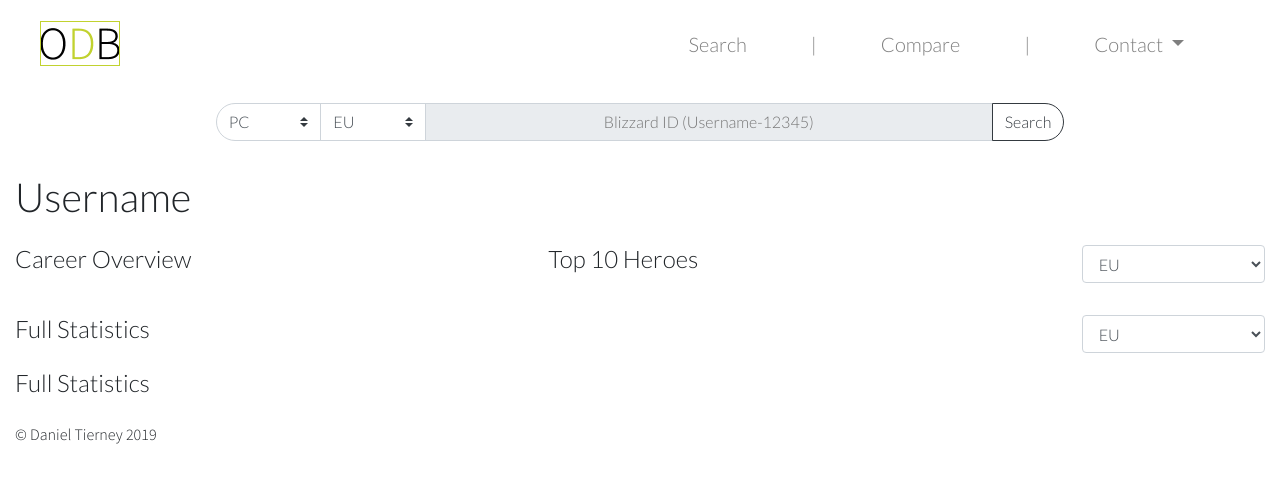
Repository: Cobonkoi/overwatch-dashboard
Page: search.html
The author's editor kept a record of every edit. The page is drawn from the files as they stood at one moment, then again after the next edit.
The browser window is 1280 px wide. The pictures show the whole page.

Above is the page before.

### search.html
<!DOCTYPE html>
<html lang="en">

<head>
    <meta charset="UTF-8">
    <meta name="viewport" content="width=device-width, initial-scale=1.0">
    <meta http-equiv="X-UA-Compatible" content="ie=edge">
    <title>Overwatch Dashboard</title>
    <link rel="stylesheet" href="libraries/bootstrap.min.css" type="text/css" />
    <link rel="stylesheet" href="https://stackpath.bootstrapcdn.com/font-awesome/4.7.0/css/font-awesome.min.css" type="text/css" />
    <link href="https://fonts.googleapis.com/css?family=Lato:300|Source+Sans+Pro:300&display=swap" rel="stylesheet">
    <link rel="stylesheet" href="assets/css/style.css" type="text/css" />
</head>

<body>
    <!-- NAVBAR -->
    <nav class="navbar navbar-expand-sm navbar-light my-2">
        <a href="index.html" class="navbar-brand ml-4"><img src="assets/images/brand-image.png" alt="Website Logo" width="80" height="45"></a>

        <button class="navbar-toggler ml-auto" type="button" data-toggle="collapse" data-target="#navbarNavDropdown" aria-controls="navbarNavDropdown" aria-expanded="false" aria-label="Toggle navigation">
            <span class="navbar-toggler-icon"></span></button>

        <div class="collapse navbar-collapse" id="navbarNavDropdown">
            <ul class="navbar-nav ml-auto mr-4">
                <li class="nav-item mr-5"><a class="nav-link" href="search.html">Search</a></li>
                <li class="mr-5 d-none d-sm-block"><a class="nav-link">|</a></li>
                <li class="nav-item mr-5"><a class="nav-link" href="compare.html">Compare</a></li>
                <li class="mr-5 d-none d-sm-block"><a class="nav-link">|</a></li>
                <li class="nav-item dropdown mr-5">
                    <a class="nav-link dropdown-toggle" href="" id="navbarDropdownMenuLink" role="button" data-toggle="dropdown" aria-haspopup="true" aria-expanded="false">
                      Contact
                    </a>
                    <div class="dropdown-menu" aria-labelledby="navbarDropdownMenuLink">
                        <a class="dropdown-item" href="featurerequest.html">Feature Request</a>
                        <a class="dropdown-item" href="bugreport.html">Bug Report</a>
                    </div>
                </li>
            </ul>
        </div>
    </nav>
    <!-- /NAVBAR -->

    <!-- SEARCH -->
    <div class="container search-container text-center d-none d-sm-block">
        <div class="row">
            <div class="col-12 my-3">
                <form class="form-inline" id="searchForm">
                    <div class="input-group mb-3 mx-auto">
                        <select class="custom-select rounded-left--search" id="searchFormPlatform" onchange="changeUsernamePlaceholder(); changeRegionHidden();">
                            <option disabled>Platform...</option>
                            <option value="pc">PC</option>
                            <option value="psn">PS4</option>
                            <option value="xbl">Xbox</option>
                        </select>
                        <select class="custom-select" id="searchFormRegion">
                            <option disabled>Region...</option>
                            <option value="eu">EU</option>
                            <option value="us">US</option>
                            <option value="asia">Asia</option>
                        </select>
                        <div class="input-group-append">
                            <input type="text" class="input-group-text" id="searchFormUsername" placeholder="Blizzard ID (Username-12345)" size="65" required>
                        </div>
                        <div class="input-group-append">
                            <button type="submit" class="btn btn-outline-dark rounded-right--search" form="searchForm">Search</button>                        </div>
                        </div>
                    </div>
                </form>
            </div>
        </div>
    </div>
    <!-- /SEARCH -->

        <!-- SEARCH-MOBILE -->
    <div class="container search-container text-center d-sm-none">
        <div class="row">
            <div class="col-12">
                <form class="form-group" id="searchFormMobile">
                    <div class="mb-3 mx-auto">
                        <select class="form-control my-4" id="searchFormPlatformMobile" onchange="changeUsernamePlaceholderMobile(); changeRegionHiddenMobile();">
                            <option disabled>Platform...</option>
                            <option value="pc">PC</option>
                            <option value="psn">PS4</option>
                            <option value="xbl">Xbox</option>
                        </select>
                        <select class="form-control my-4" id="searchFormRegionMobile">
                            <option disabled>Region...</option>
                            <option value="eu">EU</option>
                            <option value="us">US</option>
                            <option value="asia">Asia</option>
                        </select>
                        <div class="input-group-append my-4">
                            <input type="text" class="form-control" id="searchFormUsernameMobile" placeholder="Blizzard ID (Username-12345)" required>
                        </div>
                    </div>
                </form>
            </div>
        </div>
    </div>

    <div class="container-fluid text-center before-footer d-sm-none">
        <div class="row">
            <div class="col-12 mb-5">
                <button type="submit" class="btn btn-outline-dark btn-rounded btn--search" form="searchFormMobile">Search</button>
            </div>
        </div>
    </div>
    <!-- /SEARCH MOBILE -->

    <!-- HEADER -->
    <div class="container-fluid search-header-container">
        <div class="row">
            <div class="col-12 mb-3">
                <h1 class="" id="">Username</h1>
            </div>
        </div>
    </div>
    <!-- /HEADER -->

    <!-- CAREER OVERVIEW -->
    <div class="container-fluid career-overview-container">
        <div class="row">
            <div class="col-5 mb-3">
                <h4 class="" id="">Career Overview</h4>
            </div>
            <div class="col-5 mb-3">
                <h4 class="" id="">Top 10 Heroes</h4>
            </div>
            <div class="col-2 mb-3">
                <select class="form-control" id="">
                    <option disabled>Region...</option>
                    <option value="eu">EU</option>
                    <option value="us">US</option>
                    <option value="asia">Asia</option>
                </select>
            </div>
        </div>
        <div class="row">
            <div class="col-5 mb-3">
                <!-- overview table -->
            </div>
            <div class="col-7 mb-3">
                <!-- top 10 table -->
            </div>
        </div>
    </div>
    <!-- /CAREER OVERVIEW -->

    <!-- FULL STATISTICS -->
    <div class="container-fluid search-header-container">
        <div class="row">
            <div class="col-10 mb-3">
                <h4 class="" id="">Full Statistics</h4>
            </div>
            <div class="col-2 mb-3">
                <select class="form-control" id="">
                    <option disabled>Region...</option>
                    <option value="eu">EU</option>
                    <option value="us">US</option>
                    <option value="asia">Asia</option>
                </select>
            </div>
        </div>
        <div class="row">
            <div class="col-10 mb-3">
                <h4 class="" id="">Full Statistics</h4>
            </div>
        </div>
    </div>
    <!-- /FULL STATISTICS -->


    <!-- <div class="container-fluid">
        <div class="row">
            <div class="col-12">
                <div>Games: </div>
                <div id="stat-games"></div><br>
                <div>Test Usernames: <br> Zael-2375 (PC, EU)<br> Sharpy-2695 (PC, EU)<br> MLGesus-21679 (PC, EU)<br> LicensedCntrctr (Xbox, US)<br> Ignortion (PS4, US)<br> NekoGirlMx (PS4, Asia)<br> shon bilinkis (Xbox, Asia)</div>
            </div>
        </div>
    </div> /-->

    <!-- FOOTER -->
    <footer class="footer">
        <div class="container-fluid">
            <div class="row">
                <div class="col-12 text-left">
                    <p>© Daniel Tierney 2019</p>
                </div>
            </div>
        </div>
    </footer>
    <!-- /FOOTER -->

    <!-- SCRIPTS -->
    <script src="libraries/jquery.slim.min.js"></script>
    <script src="libraries/bootstrap.bundle.min.js"></script>
    <script src="assets/javascript/main.js"></script>
    <!-- /SCRIPTS -->

</body>
</html>

### assets/css/style.css
html,
body {
    height: 100%;
}

body {
    font-family: 'Lato', sans-serif;
    display: flex;
    flex-direction: column;
}

p {
    font-family: 'Source Sans Pro', sans-serif;
}

/* -- NAVBAR -- */

.navbar-nav {
    font-size: 1.25rem;
}

/* -- FOOTER -- */

.before-footer {
    flex: 1 0 auto;
}

.footer {
    flex-shrink: 0;
}

/* -- CONTAINERS -- */

.callout-container {
    height: 30vh;

    display: flex;
    align-items: flex-end;
    justify-content: center;
}

.reminder-container {
    align-items: center;
    justify-content: center;
}

.search-container {
    align-items: center;
    justify-content: center;
}

/* -- FORM ASSETS -- */



/* -- BUTTONS -- */

.btn--search {
    font-size: 1.1rem;
    border-radius: 10rem;
    width: 10rem;
}

/* -- HEADERS -- */

#indexTitle {
    font-size: 3.5rem;
}

/* ---- MEDIA QUERIES ---- */

@media (min-width: 768px) {

/* -- FORM ASSETS -- */
    .rounded-left--search {
        border-top-left-radius: 10rem;
        border-bottom-left-radius: 10rem;
    }

    .rounded-right--search {
        border-top-right-radius: 10rem;
        border-bottom-right-radius: 10rem;
    }
}

### assets/javascript/main.js
const baseURL = "https://ow-api.com/v1/stats/";


function getData(type, cb) {
    var xhr = new XMLHttpRequest();

    var platform = document.getElementById("search-form-platform").value;
    var region = document.getElementById("search-form-region").value;
    var username = document.getElementById("search-form-username").value;

    if (platform == "pc") {
        var profileUrl = baseURL + platform + "/" + region + "/" + username + "/complete";
    } else {
        var profileUrl = baseURL + platform + "/"  + username + "/complete";
    }

    xhr.onreadystatechange = function() {
        if (this.readyState == 4 && this.status == 200) {
            cb(JSON.parse(this.responseText));
        }
    };

    xhr.open("GET", profileUrl);
    xhr.send();
}

function writeToDocument(type) {
    getData(type, function(data) {
        console.dir(data);
        document.getElementById("stat-games").innerHTML = `Played ${data.competitiveStats.games.played} / Won ${data.competitiveStats.games.won}`;
    });
}

function changeUsernamePlaceholder() {
    if (document.getElementById("searchFormPlatform").value == "pc") {
        document.getElementById("searchFormUsername").placeholder = "Blizzard ID (Username-12345)";
    } else if (document.getElementById("searchFormPlatform").value == "xbl") {
        document.getElementById("searchFormUsername").placeholder = "Gamertag";
    } else if (document.getElementById("searchFormPlatform").value == "psn") {
        document.getElementById("searchFormUsername").placeholder = "PSN ID";
    }
}

function changeUsernamePlaceholderMobile() {
    if (document.getElementById("searchFormPlatformMobile").value == "pc") {
        document.getElementById("searchFormUsernameMobile").placeholder = "Blizzard ID (Username-12345)";
    } else if (document.getElementById("searchFormPlatformMobile").value == "xbl") {
        document.getElementById("searchFormUsernameMobile").placeholder = "Gamertag";
    } else if (document.getElementById("searchFormPlatformMobile").value == "psn") {
        document.getElementById("searchFormUsernameMobile").placeholder = "PSN ID";
    }
}

function changeRegionHidden() {
    if (document.getElementById("searchFormPlatform").value == "pc") {
        var regionDropdown = document.getElementById("searchFormRegion");
        regionDropdown.removeAttribute("hidden");
    } else if (document.getElementById("searchFormPlatform").value == "xbl") {
        var regionDropdown = document.getElementById("searchFormRegion");
        regionDropdown.setAttribute("hidden", true);
    } else if (document.getElementById("searchFormPlatform").value == "psn") {
        var regionDropdown = document.getElementById("searchFormRegion");
        regionDropdown.setAttribute("hidden", true);
    }
}

function changeRegionHiddenMobile() {
    if (document.getElementById("searchFormPlatformMobile").value == "pc") {
        var regionDropdownMobile = document.getElementById("searchFormRegionMobile");
        regionDropdownMobile.removeAttribute("hidden");
    } else if (document.getElementById("searchFormPlatformMobile").value == "xbl") {
        var regionDropdownMobile = document.getElementById("searchFormRegionMobile");
        regionDropdownMobile.setAttribute("hidden", true);
    } else if (document.getElementById("searchFormPlatformMobile").value == "psn") {
        var regionDropdownMobile = document.getElementById("searchFormRegionMobile");
        regionDropdownMobile.setAttribute("hidden", true);
    }
}

Loaded but not shown: libraries/bootstrap.min.css (library); libraries/jquery.slim.min.js (library); libraries/bootstrap.bundle.min.js (library)

After the next edit:
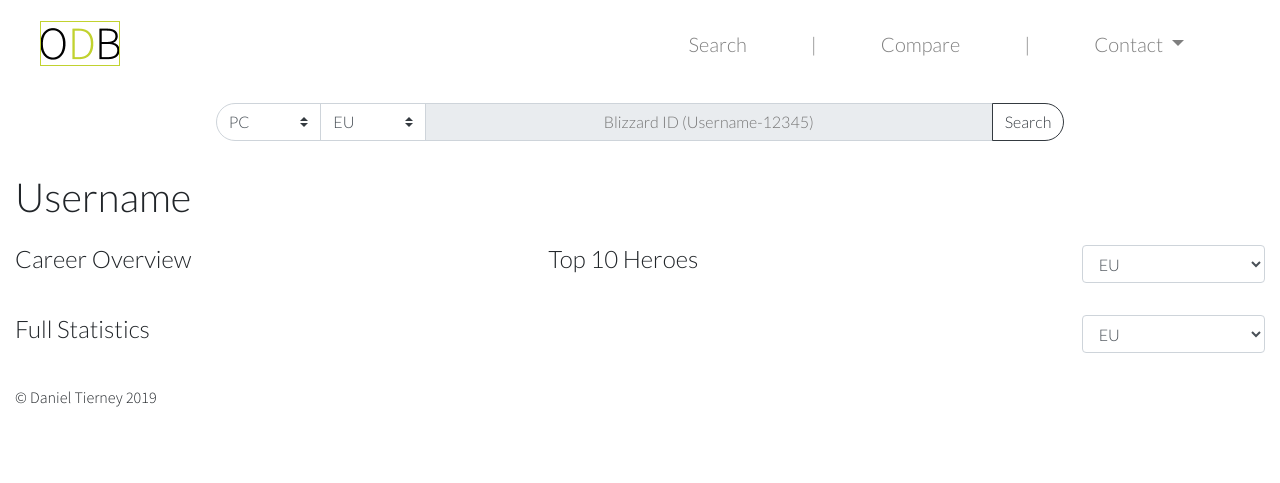
The edit:
--- a/search.html
+++ b/search.html
@@ -162,8 +162,8 @@
             </div>
         </div>
         <div class="row">
-            <div class="col-10 mb-3">
-                <h4 class="" id="">Full Statistics</h4>
+            <div class="col-12 mb-3">
+                <!-- full statistics table -->
             </div>
         </div>
     </div>
